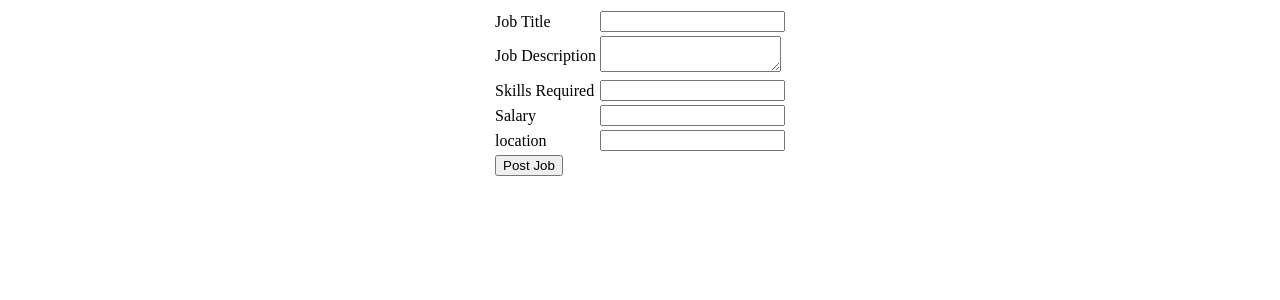
Repository: 123poornima/UpdatedSecondProject
Page: frontendPro/WebContent/_job/createJob.html
These files come from the project's save history. The page is drawn as it stood at one moment and after the next save; the edit follows.
The browser window is 1280 px wide. The pictures show the whole page.

Above is the page before, as saved 2017-01-11 03:35:48.

After the next save:
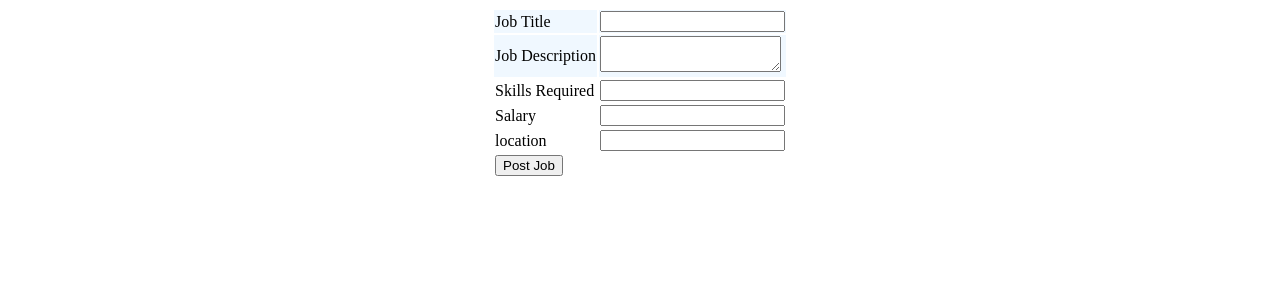
Saved 31 s later.
--- a/frontendPro/WebContent/_job/createJob.html
+++ b/frontendPro/WebContent/_job/createJob.html
@@ -7,13 +7,13 @@
 <body>
 <form>
 <table class="table" align="center">
-<tr>
+<tr bgcolor=#F0F8FF>
 <td>Job Title</td>
 <td><input type="text" ng-model="job.jobTitle"></td>
 </tr>
 
 
-<tr>
+<tr bgcolor=#F0F8FF>
 <td>Job Description</td>
 <td><textarea ng-model="job.jobDescription"></textarea></td>
 </tr>
